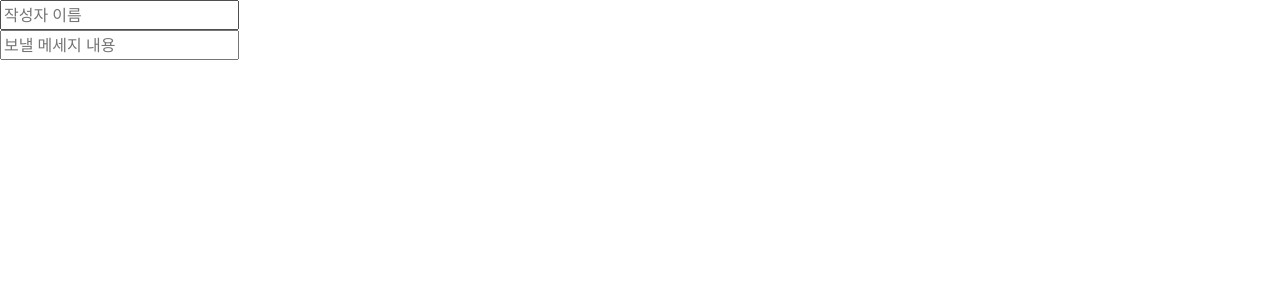
Repository: eunyoming/KDT
Page: http://localhost/Day02_Basic_Web/messages/input
An editor plug-in stored every save of this project. The page is shown before and after the next save, followed by the edit.
The browser window is 1280 px wide. The pictures show the whole page.
The page is served by Tomcat 9.

Above is the page before, as saved 2025-09-10 06:06:47.

After the next save:
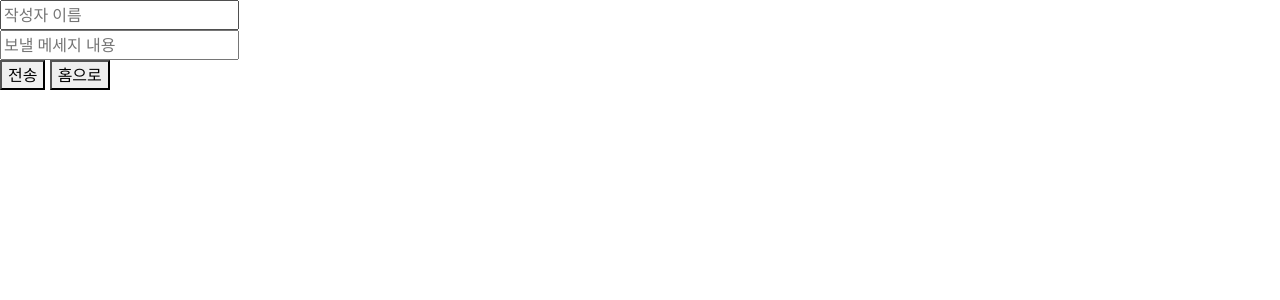
Saved 43 s later.
--- a/Day02_Basic_Web/src/main/webapp/WEB-INF/views/messages/input.jsp
+++ b/Day02_Basic_Web/src/main/webapp/WEB-INF/views/messages/input.jsp
@@ -22,7 +22,8 @@
 	<form action="/messages/inputproc">
 		<input type="text" placeholder="작성자 이름"><br>
 		<input type="text" placeholder="보낼 메세지 내용"><br>
-
+		<button>전송</button>
+		<a href=""><button type="button">홈으로</button></a>
 	</form>
 </body>
 </html>
